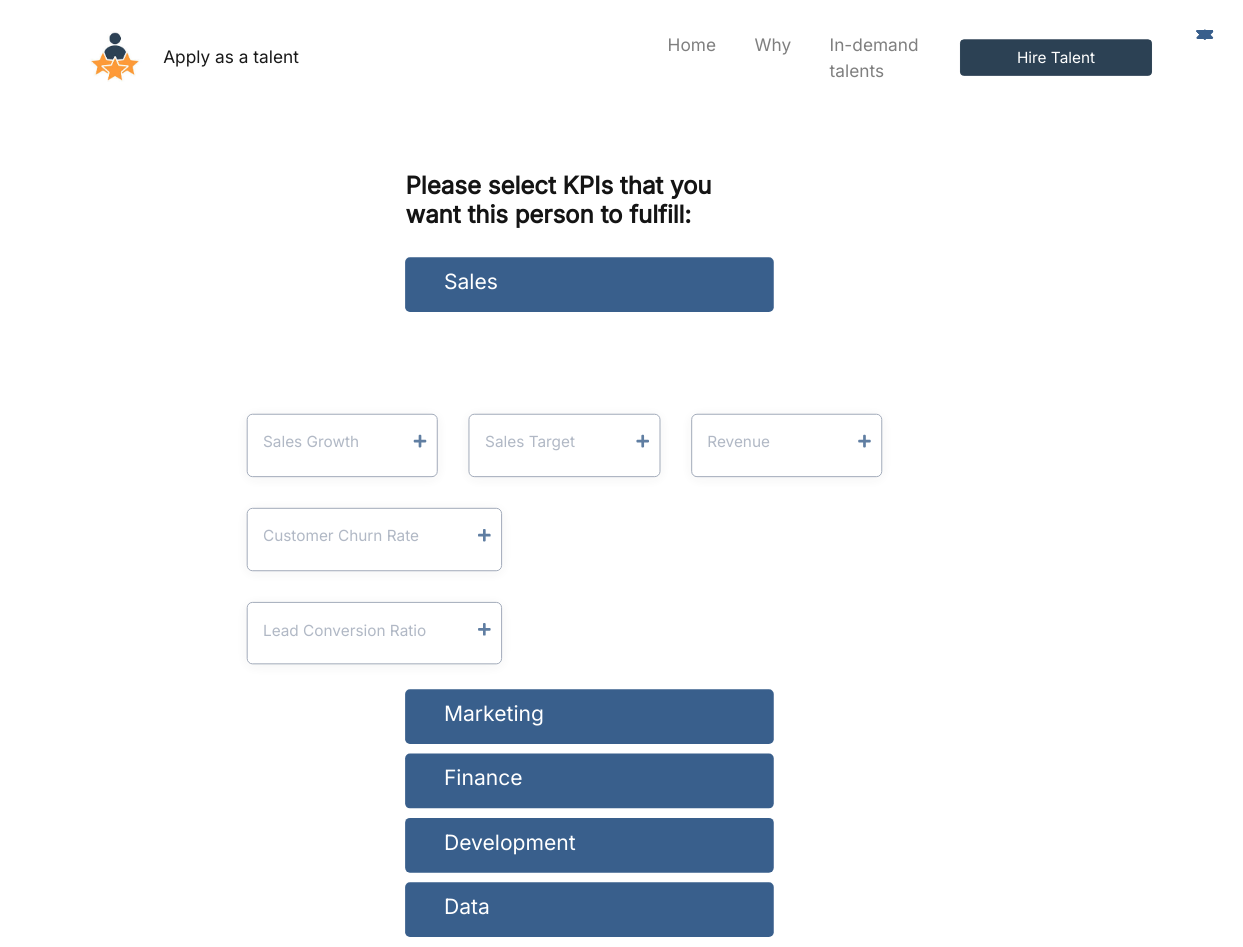
Repository: Ashwe9/talent-hire-reactJs
Page: /kpis, after clicking the first element matching `div.dropdown-box`
An editor plug-in stored every save of this project. The page is shown before and after the next save, followed by the edit.
The browser window is 1280 px wide. The page is 1280 px wide, then 1295 px, so the pictures cover 1295 px, including what lies to the right of the window. The pictures show the whole page, at 96% of full size.
The project was rebuilt for these pictures with package versions that can differ from the ones it lists, and the page was loaded fresh each time. A package was used in the major version that the imports need, not the one package.json lists. Also part of the build but not shown: src/homePage/components/TrustedBy/TrustedBy.css, src/homePage/components/TrustedBy/TrustedBy.js, src/homePage/components/Roles/Roles.js, src/homePage/components/homePageFooter/HomePageFooter.css, src/homePage/components/homePageFooter/HomePageFooter.js, src/homePage/HomePage.js, src/projectDetails/ProjectDetails.js.

Above is the page before, as saved 2022-08-18 17:00:51.

### public/index.html
<!DOCTYPE html>
<html lang="en">
  <head>
    <meta charset="utf-8" />
    <link rel="icon" href="%PUBLIC_URL%/favicon.ico" />
    <meta name="viewport" content="width=device-width, initial-scale=1" />
    <meta name="theme-color" content="#000000" />
    <meta
      name="description"
      content="Web site created using create-react-app"
    />
    <link rel="apple-touch-icon" href="%PUBLIC_URL%/logo192.png" />
    <link rel="manifest" href="%PUBLIC_URL%/manifest.json" />
    <link rel="stylesheet" href="https://stackpath.bootstrapcdn.com/bootstrap/4.4.1/css/bootstrap.min.css" integrity="sha384-Vkoo8x4CGsO3+Hhxv8T/Q5PaXtkKtu6ug5TOeNV6gBiFeWPGFN9MuhOf23Q9Ifjh" crossorigin="anonymous">
    <link href='https://fonts.googleapis.com/css?family=Inter' rel='stylesheet'>

    <title>App</title>
  </head>
  <body>
    <noscript>You need to enable JavaScript to run this app.</noscript>
    <div id="root"></div>
    <script src="https://code.jquery.com/jquery-3.4.1.slim.min.js" integrity="sha384-J6qa4849blE2+poT4WnyKhv5vZF5SrPo0iEjwBvKU7imGFAV0wwj1yYfoRSJoZ+n" crossorigin="anonymous"></script>
    <script src="https://cdn.jsdelivr.net/npm/popper.js@1.16.0/dist/umd/popper.min.js" integrity="sha384-Q6E9RHvbIyZFJoft+2mJbHaEWldlvI9IOYy5n3zV9zzTtmI3UksdQRVvoxMfooAo" crossorigin="anonymous"></script>
    <script src="https://stackpath.bootstrapcdn.com/bootstrap/4.4.1/js/bootstrap.min.js" integrity="sha384-wfSDF2E50Y2D1uUdj0O3uMBJnjuUD4Ih7YwaYd1iqfktj0Uod8GCExl3Og8ifwB6" crossorigin="anonymous"></script>  </body>
</html>

### src/App.js
import React from 'react'
import { BrowserRouter as Router, Route, Switch } from 'react-router-dom';
import { HomePage } from './homePage/HomePage';
import KPISPage from './kpisPage/KPISPage';
import ProjectDetails from './projectDetails/ProjectDetails';

function App() {
  return (
    <Router>
      <Switch>
        <Route exact path="/" component={HomePage} />
        <Route exact path="/kpis" component={KPISPage} />
        <Route exact path="/projectdetails" component={ProjectDetails} />
      </Switch>
    </Router>
  );
}

export default App;

### src/kpisPage/KPISPage.js
import React from 'react'
import './KPISPage.css'
import { Navbar } from '../shared-components/Navbar/Navbar'
import Header from './Header'
import DropDown from './DropDown'

const KPISPage = () => {
  return (
    <div>
      <Navbar />
      <Header />
      <DropDown title="Sales"/>
      <DropDown title="Marketing"/>
      <DropDown title="Finance"/>
      <DropDown title="Development"/>
      <DropDown title="Data"/>
    </div>
  )
}

export default KPISPage

### src/shared-components/Navbar/Navbar.js
import React from 'react'
import './Navbar.css'
import { useHistory } from 'react-router-dom'

export const Navbar = () => {
  let history=useHistory();
  return (
    <nav className="navbar navbar-expand-lg navbar-light">
      <img src= {require('../../assets/icon.png')} className="icon"/>
      <a className="navbar-brand title" href="#">Apply as a talent</a>
      <button className="navbar-toggler" type="button" data-toggle="collapse" data-target="#navbarText" aria-controls="navbarText" aria-expanded="false" aria-label="Toggle navigation">
        <span className="navbar-toggler-icon"></span>
      </button>
      <div className="collapse navbar-collapse" id="navbarText">
        <ul className="navbar-nav mr-auto">
          <li className="nav-item">
            <a className="nav-link" href="#" onClick={() => {
                history.push('/');
              } }>Home</a>
          </li>

          <li className="nav-item">
            <a className="nav-link" href="#">Why</a>
          </li>
          <li className="nav-item">
            <a className="nav-link" href="#">In-demand talents</a>
          </li>
        </ul>
        <span className="navbar-text">
          <button className='btn btn-dark navbar-btn'>Hire Talent</button>
        </span>
      </div>
    </nav>
  )
}

### src/kpisPage/Header.js
import React from 'react'
import './Header.css'

const Header = () => {
  return (
    <div className='header-box'>
        <p className='header-by-title'>
            Please select KPIs that you want this person to fulfill:
        </p>
    </div>
  )
}

export default Header

### src/kpisPage/DropDown.js
import {FaCaretDown, FaCaretUp} from 'react-icons/fa'
import React , { useState } from 'react'
import './DropDown.css'
import { left } from '@popperjs/core'
import Talents from './Talents'


const DropDown = ({title}) => {
    const [x, setCount] = useState(0);
    const incrementCount = () => {
        setCount(x + 1);
      };

  return (
    <div>
        <div className='dropdown-box' onClick={incrementCount} >
            <p className='dropdown-title'>{title}</p>
            <a> { x%2===0 ? <FaCaretDown id='icon' size={30} style={{}} /> : <FaCaretUp id='icon' size={30} style={{}} />}</a>
        </div>
        { x%2===1 ? <Talents title={title}/> : <></>}
    </div>
  )
}

export default DropDown

### src/shared-components/Navbar/Navbar.css
.icon{
    width: 80px;
}

.title{
    font-family: "Inter";
    font-style: normal;
    font-weight: 500;
    font-size: 18px;
    line-height: 28px;
    align-items: center;
    color: #444444;
    padding-left: 10px;
}

#navbarText{
    margin-left: 30%;
}
.navbar-items{
    margin: 0 35%;

}

.nav-item{
    font-family: "Inter";
    font-style: normal;
    font-weight: 500;
    font-size: 18px;
    align-items: center;
    color: #444444;
    padding-left: 24px;
}

.navbar-btn{
    font-family: "Inter";
    font-style: bold;
    background: #2c4154;
    /* padding: 5px 50px; */
    border-color: #2c4154;
    width: 200px;
}

.navbar{
    margin: 10px 5%;
}

@media only screen and (max-width: 600px) {
    body {
      background-color: lightblue;
    }
  }

### src/homePage/components/Roles/Roles.css
.roles-box{
    margin: 10px 10%;
    padding: 0px 10%;
    margin-top: 7%;
}

.role-item-active{
    background: #FFFFFF;
    border: 1px solid #395F8C;
    box-sizing: border-box;
    box-shadow: 0px 4px 14px 1px rgba(0, 0, 0, 0.04);
    border-radius: 6px;
    display: flex;
    padding: 2%;
    margin: 2%;
}

.role-item{
    opacity: 0.8;
    background: #FFFFFF;
    border: 0.2px solid #8692A6;
    box-sizing: border-box;
    box-shadow: 0px 2px 14px 1px rgba(0, 0, 0, 0.06);
    border-radius: 6px;
    display: flex;
    padding: 2%;
    margin: 2%;
}


.role-check{
    margin-right: 3%;
    width: 35px;
    height: 35px;
    align-self: center;
    background-color: #395F8C;
}

.role-item-paragraph-active{
    font-family: "Inter";
    font-style: normal;
    font-weight: normal;
    font-size: 16px;
    display: flex;
    align-items: center;

    color: #395F8C;
}

.role-item-paragraph{
    font-family: "Inter";
    font-style: normal;
    font-weight: normal;
    font-size: 16px;
    display: flex;
    align-items: center;
    opacity: 0.8;
    color: #8692A6;
}

.roles-question{
    color:#395f8c;
    font-family: "Inter";
    font-style: normal;
    font-weight: 400;
    font-size: 20px;
    text-decoration-line: underline;
    text-underline-position: under;
}

@media only screen and (max-width: 700px) {
    h2{
        font-size: 20px;
    }
    .role-item-paragraph-active{
        font-size: 10px;
    }

    .role-item-paragraph{
        font-size: 10px;
    }
    .roles-question{
        font-size: 14px;
    }

  }
@media only screen and (max-width: 450px) {
    h2{
        font-size: 14px;
    }
    .role-item-paragraph-active{
        font-size: 8px;
    }

    .role-item-paragraph{
        font-size: 8px;
    }
    .roles-question{
        font-size: 10px;
    }
}

input[type="checkbox"] { /* change "blue" browser chrome to yellow */
    filter: invert(20%) hue-rotate(15deg) brightness(1.4);
  }

### src/kpisPage/Header.css
.header-box{
    margin: 30px 30%;
    padding: 3%;
    padding-bottom: 0%;
    align-items: center;
    width: 35%;
}

.header-by-title{
    font-family: "Inter";
    font-style: bolder;
    font-weight: 700;
    font-size: 25px;
    line-height: 30px;
    align-items: center;
    color: #141414;
}


@media only screen and (max-width: 700px) {

    .header-by-title{
        font-size: 16px;
    }

    .header-box{
        margin-left: 90px;
        width: 100%;
    }
  }
@media only screen and (max-width: 450px) {
    .header-by-title{
        font-size: 13px;
    }
    .header-box{
        margin-left: 70px;
        width: 100%;
    }
}

### src/kpisPage/DropDown.css
.dropdown-box{
    margin: 0px 33%;
    padding-top: 10px;
    padding-bottom: 1px;
    width: 30%;
    background-color: #395f8c;
    border-radius: 5px;
    display: flex;
    cursor: pointer;
    margin-bottom: 10px;

}

.dropdown-title{
    font-family: "Inter";
    font-style: bolder;
    font-weight: 300;
    font-size: 22px;
    line-height: 30px;
    align-items: center;
    color: white;
    margin-left: 40px;
}

#icon{
    color: white;
    position:absolute;
    right:580px;
}


@media only screen and (max-width: 700px) {

    .dropdown-title{
        font-size: 16px;
        margin-left: 0;
    }

    .dropdown-box{
        margin-left: 70px;
        width: 60%;
    }
    #icon{
        opacity: 0;
    }
  }
@media only screen and (max-width: 450px) {
    .dropdown-title{
        font-size: 11px;
        margin-left: 0;
    }
    .dropdown-box{
        margin-left: 70px;
        width: 60%;
    }

    #icon{
        opacity: 0;
    }
}

### src/kpisPage/Talents.js
import React from 'react'
import './Talents.css'
import { useState } from 'react'
import {FaPlus, FaMinus} from 'react-icons/fa'


const Talents = ({title}) => {
    const [checked_1, setCount1] = useState(0);
    const incrementCount1 = () => {
        setCount1(checked_1 + 1);
      };
    const [checked_2, setCount2] = useState(0);
    const incrementCount2 = () => {
        setCount2(checked_2 + 1);
    };
    const [checked_3, setCount3] = useState(0);
    const incrementCount3 = () => {
    setCount3(checked_3 + 1);
    };
    const [checked_4, setCount4] = useState(0);
    const incrementCount4 = () => {
        setCount4(checked_4 + 1);
    };
    const [checked_5, setCount5] = useState(0);
    const incrementCount5 = () => {
        setCount5(checked_5 + 1);
        };
    return (
        <div className='roles-box'>
          <form className='check-form'>
            <div className='row'>
              <div className={`col-3 ${checked_1%2===1 ? "role-item-active" : "role-item"}`} onClick={incrementCount1}>
                <label for="role_1" className={`${checked_1%2===1 ? "role-item-paragraph-active" : "role-item-paragraph"}`}>Sales Growth</label>
                <a> { checked_1%2===0 ? <FaPlus id='icon' size={15} style={{}} /> : <FaMinus id='icon' size={15} style={{}} />}</a>
              </div>
              <div className={`col-3 ${checked_2%2===1 ? "role-item-active" : "role-item"}`} onClick={incrementCount2}>
                <label for="role_2" className={`${checked_2%2===1  ? "role-item-paragraph-active" : "role-item-paragraph"}`}>Sales Target</label>
                <a> { checked_2%2===0 ? <FaPlus id='icon' size={15} style={{}} /> : <FaMinus id='icon' size={15} style={{}} />}</a>
              </div>
              <div className={`col-3 ${checked_3%2===1 ? "role-item-active" : "role-item"}`} onClick={incrementCount3} >
                <label for="role_3" className={`${checked_3%2===1  ? "role-item-paragraph-active" : "role-item-paragraph"}`}>Revenue</label>
                <a> { checked_3%2===0 ? <FaPlus id='icon' size={15} style={{}} /> : <FaMinus id='icon' size={15} style={{}} />}</a>
              </div>
              <div className={`col-4 ${checked_4%2===1 ? "role-item-active" : "role-item"}`} onClick={incrementCount4}>
                <label for="role_4" className={`${checked_4%2===1  ? "role-item-paragraph-active" : "role-item-paragraph"}`}>Customer Churn Rate</label>
                <a> { checked_4%2===0 ? <FaPlus id='icon' size={15} style={{}} /> : <FaMinus id='icon' size={15} style={{}} />}</a>
              </div>
            </div>
            <div className='row'>
              <div className={`col-4 ${checked_5%2===1 ? "role-item-active" : "role-item"}`} onClick={incrementCount5}>
                <label for="role_5" className={`${checked_5%2===1  ? "role-item-paragraph-active" : "role-item-paragraph"}`}>Lead Conversion Ratio</label>
                <a> { checked_5%2===0 ? <FaPlus id='icon' size={15} style={{}} /> : <FaMinus id='icon' size={15} style={{}} />}</a>
            </div>
            </div>
          </form>
        </div>

      )
}

export default Talents

### src/kpisPage/Talents.css
.talent-box{
    margin-left: 350px;
}

.talent-item-active{
    background: #FFFFFF;
    border: 1px solid #395F8C;
    box-sizing: border-box;
    box-shadow: 0px 4px 14px 1px rgba(0, 0, 0, 0.04);
    border-radius: 6px;
    display: flex;
}

#icon{
    color: #395F8C;
    position:absolute;
    right:10px;
    top: 20px
}

.talent-item{
    opacity: 0.8;
    background: #f0f0f0;
    border: 0.2px solid #f0f0f0;
    box-sizing: border-box;
    box-shadow: 0px 2px 14px 1px rgba(0, 0, 0, 0.06);
    border-radius: 6px;
    display: flex;
}


.talent-check{
    width: 35px;
    height: 35px;
    align-self: center;
    background-color: #395F8C;
}

.talent-item-paragraph-active{
    font-family: "Inter";
    font-style: normal;
    font-weight: normal;
    font-size: 16px;
    display: flex;
    align-items: center;

    color: #8692a6;
}

.talent-item-paragraph{
    font-family: "Inter";
    font-style: normal;
    font-weight: bold;
    font-size: 16px;
    display: flex;
    align-items: center;
    opacity: 0.8;
    color: #395f8c;
}

.talents-question{
    color:#395f8c;
    font-family: "Inter";
    font-style: normal;
    font-weight: 400;
    font-size: 20px;
    text-decoration-line: underline;
    text-underline-position: under;
}

@media only screen and (max-width: 700px) {
    h2{
        font-size: 20px;
    }
    .talent-item-paragraph-active{
        font-size: 10px;
    }

    .talent-item-paragraph{
        font-size: 10px;
    }
    .talents-question{
        font-size: 14px;
    }

  }
@media only screen and (max-width: 450px) {
    h2{
        font-size: 14px;
    }
    .talent-item-paragraph-active{
        font-size: 8px;
    }

    .talent-item-paragraph{
        font-size: 8px;
    }
    .talents-question{
        font-size: 10px;
    }
}

input[type="checkbox"] { /* change "blue" browser chrome to yellow */
    filter: invert(20%) hue-rotate(15deg) brightness(1.4);
  }

Loaded but not shown: src/index.js (common file); src/reportWebVitals.js (common file); src/index.css (no stored copy; drawn as an empty file); src/kpisPage/KPISPage.css (no stored copy; drawn as an empty file)

After the next save:
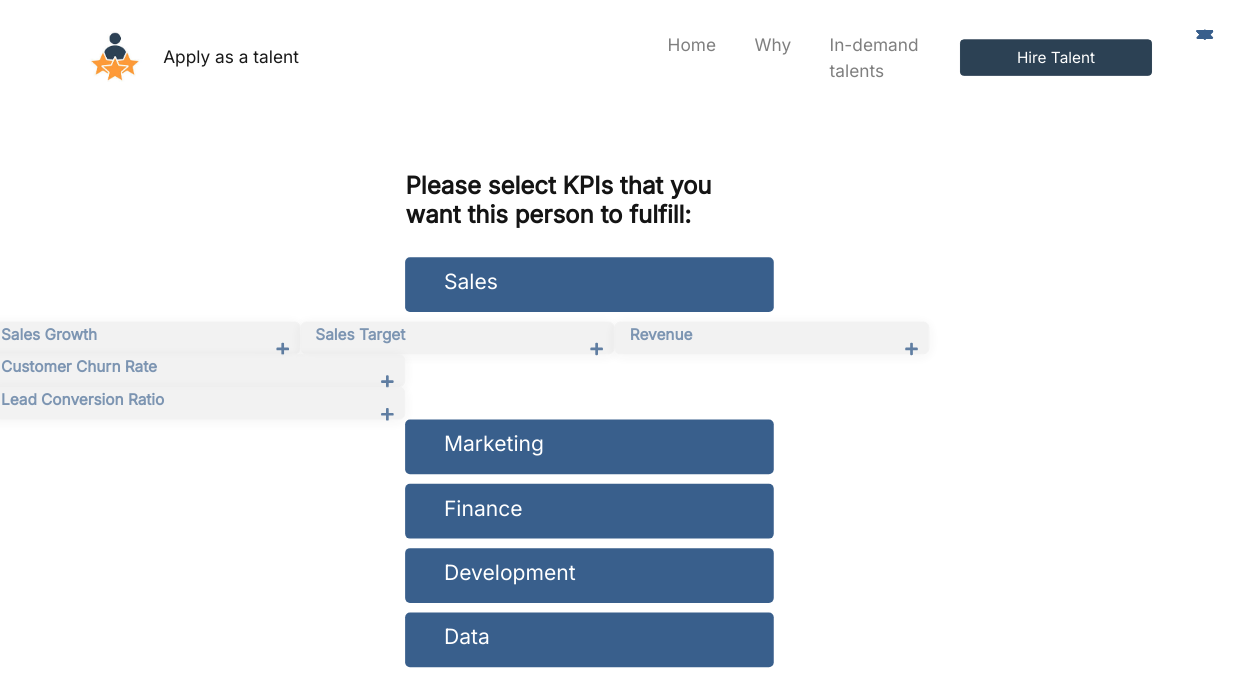
Saved 9 s later.
--- a/src/kpisPage/Talents.js
+++ b/src/kpisPage/Talents.js
@@ -26,29 +26,29 @@ const Talents = ({title}) => {
         setCount5(checked_5 + 1);
         };
     return (
-        <div className='roles-box'>
+        <div className='talents-box'>
           <form className='check-form'>
             <div className='row'>
-              <div className={`col-3 ${checked_1%2===1 ? "role-item-active" : "role-item"}`} onClick={incrementCount1}>
-                <label for="role_1" className={`${checked_1%2===1 ? "role-item-paragraph-active" : "role-item-paragraph"}`}>Sales Growth</label>
+              <div className={`col-3 ${checked_1%2===1 ? "talent-item-active" : "talent-item"}`} onClick={incrementCount1}>
+                <label for="talent_1" className={`${checked_1%2===1 ? "talent-item-paragraph-active" : "talent-item-paragraph"}`}>Sales Growth</label>
                 <a> { checked_1%2===0 ? <FaPlus id='icon' size={15} style={{}} /> : <FaMinus id='icon' size={15} style={{}} />}</a>
               </div>
-              <div className={`col-3 ${checked_2%2===1 ? "role-item-active" : "role-item"}`} onClick={incrementCount2}>
-                <label for="role_2" className={`${checked_2%2===1  ? "role-item-paragraph-active" : "role-item-paragraph"}`}>Sales Target</label>
+              <div className={`col-3 ${checked_2%2===1 ? "talent-item-active" : "talent-item"}`} onClick={incrementCount2}>
+                <label for="talent_2" className={`${checked_2%2===1  ? "talent-item-paragraph-active" : "talent-item-paragraph"}`}>Sales Target</label>
                 <a> { checked_2%2===0 ? <FaPlus id='icon' size={15} style={{}} /> : <FaMinus id='icon' size={15} style={{}} />}</a>
               </div>
-              <div className={`col-3 ${checked_3%2===1 ? "role-item-active" : "role-item"}`} onClick={incrementCount3} >
-                <label for="role_3" className={`${checked_3%2===1  ? "role-item-paragraph-active" : "role-item-paragraph"}`}>Revenue</label>
+              <div className={`col-3 ${checked_3%2===1 ? "talent-item-active" : "talent-item"}`} onClick={incrementCount3} >
+                <label for="talent_3" className={`${checked_3%2===1  ? "talent-item-paragraph-active" : "talent-item-paragraph"}`}>Revenue</label>
                 <a> { checked_3%2===0 ? <FaPlus id='icon' size={15} style={{}} /> : <FaMinus id='icon' size={15} style={{}} />}</a>
               </div>
-              <div className={`col-4 ${checked_4%2===1 ? "role-item-active" : "role-item"}`} onClick={incrementCount4}>
-                <label for="role_4" className={`${checked_4%2===1  ? "role-item-paragraph-active" : "role-item-paragraph"}`}>Customer Churn Rate</label>
+              <div className={`col-4 ${checked_4%2===1 ? "talent-item-active" : "talent-item"}`} onClick={incrementCount4}>
+                <label for="talent_4" className={`${checked_4%2===1  ? "talent-item-paragraph-active" : "talent-item-paragraph"}`}>Customer Churn Rate</label>
                 <a> { checked_4%2===0 ? <FaPlus id='icon' size={15} style={{}} /> : <FaMinus id='icon' size={15} style={{}} />}</a>
               </div>
             </div>
             <div className='row'>
-              <div className={`col-4 ${checked_5%2===1 ? "role-item-active" : "role-item"}`} onClick={incrementCount5}>
-                <label for="role_5" className={`${checked_5%2===1  ? "role-item-paragraph-active" : "role-item-paragraph"}`}>Lead Conversion Ratio</label>
+              <div className={`col-4 ${checked_5%2===1 ? "talent-item-active" : "talent-item"}`} onClick={incrementCount5}>
+                <label for="talent_5" className={`${checked_5%2===1  ? "talent-item-paragraph-active" : "talent-item-paragraph"}`}>Lead Conversion Ratio</label>
                 <a> { checked_5%2===0 ? <FaPlus id='icon' size={15} style={{}} /> : <FaMinus id='icon' size={15} style={{}} />}</a>
             </div>
             </div>
